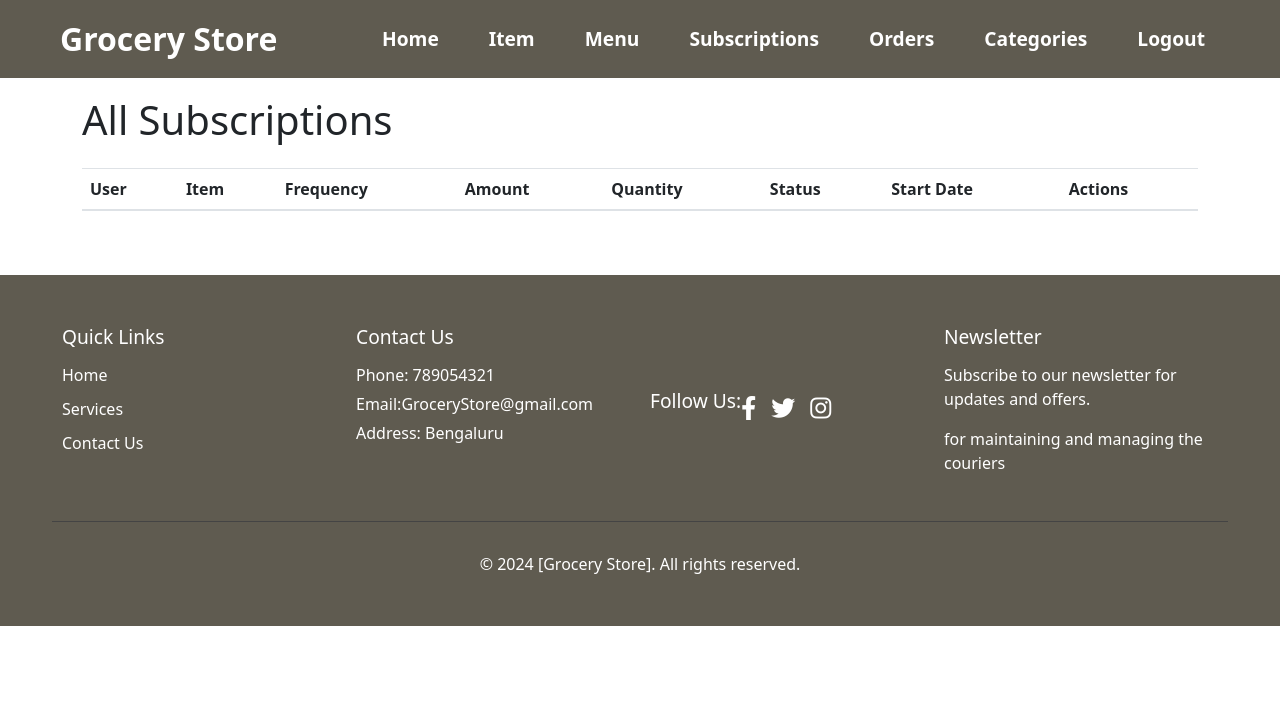
Repository: NagaMounikaY/GroceriesSubscriptionBookingManagement
Page: http://localhost/GroceriesSubBookingSystem/WEB-INF/views/sub-list.jsp
These files come from the project's save history. The page is drawn as it stood at one moment and after the next save; the edit follows.
The browser window is 1280 px wide. The pictures show the whole page.
The page is served by Tomcat 9. Nobody is signed in. Other server files are loaded and not shown. The template is opened directly, without the code that normally fills it, so the values that code supplies are empty.

Above is the page before, as saved 2024-09-17 06:05:04.

### GroceriesSubBookingSystem/src/main/webapp/WEB-INF/views/sub-list.jsp
<%@ page language="java" contentType="text/html; charset=ISO-8859-1" pageEncoding="ISO-8859-1" isELIgnored="false" import="com.crimsonlogic.groceriessubbookingsystem.entity.Users" %>
<%@ taglib uri="http://java.sun.com/jsp/jstl/core" prefix="c" %>
<!DOCTYPE html>
<html>
<head>
    <meta charset="UTF-8">
    <title>All Subscriptions</title>
    <link href="https://maxcdn.bootstrapcdn.com/bootstrap/4.0.0/css/bootstrap.min.css" rel="stylesheet">
    <script src="https://code.jquery.com/jquery-3.6.0.min.js"></script>
    <link rel="stylesheet" href="https://cdnjs.cloudflare.com/ajax/libs/font-awesome/5.15.4/css/all.min.css">
    <style>
        .table-header {
            background-color: rgba(199, 204, 218, 0.8);
        }
        .btn-icon {
            background: transparent;
            border: none;
            color: rgba(56, 51, 37, 0.8);
        }
        .btn-icon:hover {
            color: rgba(0, 0, 0, 0.8);
        }
        .btn-icon i {
            font-size: 1.25rem;
        }
    </style>
</head>
<body>

    <!-- Header Section -->
    <jsp:include page="/sellerHeader.jsp"></jsp:include>
    <br><br><br>
    <div class="container">
        <h1 class="my-4">All Subscriptions</h1>
        <table class="table table-striped table-hover">
            <thead class="table-header">
                <tr>
                    <th>User</th>
                    <th>Item</th>
                    <th>Frequency</th>
                    <th>Amount</th>
                    <th>Quantity</th>
                    <th>Status</th>
                    <th>Start Date</th>
                    <th>Actions</th>
                </tr>
            </thead>
            <tbody>
                <c:forEach var="subscription" items="${subscriptions}">
                    <tr data-id="${subscription.subscription_id}">
                        <td><c:out value="${subscription.user.user_Name}" /></td>
                        <td><c:out value="${subscription.groceries.groceryName}" /></td>
                        <td><c:out value="${subscription.frequency}" /></td>
                        <td><c:out value="${subscription.amount}" /></td>
                        <td><c:out value="${subscription.quantity}" /></td>
                        <td class="status"><c:out value="${subscription.subStatus}" /></td>
                        <td><c:out value="${subscription.startedAt}" /></td>
                        <td>
                            <button class="btn btn-icon btn-sm update-status-btn" data-id="${subscription.subscription_id}">
                                <i class="fas fa-edit"></i>
                            </button>
                        </td>
                    </tr>
                </c:forEach>
            </tbody>
        </table>
    </div>

    <!-- Modal for updating status -->
    <div class="modal fade" id="updateStatusModal" tabindex="-1" role="dialog" aria-labelledby="updateStatusModalLabel" aria-hidden="true">
        <div class="modal-dialog" role="document">
            <div class="modal-content">
                <div class="modal-header">
                    <h5 class="modal-title" id="updateStatusModalLabel">Update Subscription Status</h5>
                    <button type="button" class="close" data-dismiss="modal" aria-label="Close">
                        <span aria-hidden="true">&times;</span>
                    </button>
                </div>
                <div class="modal-body">
                    <form id="updateStatusForm">
                        <input type="hidden" id="eventId" name="eventId">
                        <div class="form-group">
                            <label for="status">New Status:</label>
                            <select class="form-control" id="status" name="status" required>
                                <option value="">-- Select Status --</option>
                                <option value="Processed">Processed</option>
                                <option value="Pending">Pending</option>
                                <option value="Shipped">Shipped</option>
                                <option value="Delivered">Delivered</option>
                            </select>
                        </div>
                        <button type="submit" class="btn btn-primary">Update Status</button>
                    </form>
                    <div id="message" class="mt-3"></div>
                </div>
            </div>
        </div>
    </div>

    <br><br>
    <!-- Footer Section -->
    <jsp:include page="/footer.jsp"></jsp:include>
    <script>
        $(document).ready(function() {
            // Attach click event to all update status buttons
            $('.update-status-btn').click(function() {
                var subscriptionId = $(this).data('id');
                $('#eventId').val(subscriptionId);
                $('#updateStatusModal').modal('show');
            });

            // Handle form submission
            $('#updateStatusForm').submit(function(e) {
                e.preventDefault();
                var formData = $(this).serialize();

                $.ajax({
                    url: '${pageContext.request.contextPath}/update-status', // Ensure this URL matches your endpoint
                    method: 'POST',
                    data: formData,
                    dataType: 'json', // Expect JSON response
                    success: function(response) {
                        if (response.success) {
                            $('#message').html('<div class="alert alert-success">Status updated successfully!</div>');
                            // Update the status in the table
                            var statusText = $('#status').val();
                            $('tr[data-id="' + $('#eventId').val() + '"] .status').text(statusText);
                            // Hide the modal
                            $('#updateStatusModal').modal('hide');
                        } else {
                            $('#message').html('<div class="alert alert-danger">Failed to update status: ' + response.message + '</div>');
                        }
                    },
                    error: function(xhr, status, error) {
                        console.error('AJAX Error:', status, error);
                        console.error('Response Text:', xhr.responseText);
                        $('#message').html('<div class="alert alert-danger">An error occurred while updating the status.</div>');
                    }
                });
            });
        });
    </script>
    <script src="https://maxcdn.bootstrapcdn.com/bootstrap/4.0.0/js/bootstrap.min.js"></script>
</body>
</html>

### GroceriesSubBookingSystem/src/main/webapp/sellerHeader.jsp
<%@ page language="java" contentType="text/html; charset=ISO-8859-1"
	pageEncoding="ISO-8859-1" isELIgnored="false"%>
<!DOCTYPE html PUBLIC "-//W3C//DTD HTML 4.01 Transitional//EN" "http://www.w3.org/TR/html4/loose.dtd">
<html>
<head>
<meta http-equiv="Content-Type" content="text/html; charset=ISO-8859-1">
<title>Courier Booking System</title>
<link
	href="https://stackpath.bootstrapcdn.com/bootstrap/5.3.0/css/bootstrap.min.css"
	rel="stylesheet">
<link rel="stylesheet"
	href="https://cdnjs.cloudflare.com/ajax/libs/font-awesome/4.7.0/css/font-awesome.min.css">
<style>
/* Header */
header {
	background:rgba(56, 51, 37, 0.8);
	color: #fff;
	padding: 15px 0;
	position: fixed;
	width: 100%;
	top: 0;
	left: 0;
	z-index: 1000;
}

header .container {
	display: flex;
	justify-content: space-between;
	align-items: center;
	max-width: 1200px;
	margin: 0 auto;
	padding: 0 20px;
}

header .logo {
	font-size: 2em; /* Increased size for the logo */
	font-weight: bold;
}

header nav ul {
	list-style: none;
	display: flex;
	margin: 0;
}

header nav ul li {
	margin-left: 20px;
}

header nav ul li a {
	color: #fff;
	text-decoration: none;
	padding: 10px 15px; /* Increased padding for better click area */
	font-size: 1.2em; /* Increased font size for navigation links */
	border-radius: 5px;
}

header nav ul li a:hover {
	background: #dd4545;
}
</style>
</head>
<body>
	<!-- Header -->
	<header>
	<div class="container">
		<div class="logo">
			Grocery Store
		</div>
		<nav>
		<ul>
			<li><a href="${pageContext.request.contextPath}/home.jsp"><strong>Home</strong></a></li>
			<li><a href="${pageContext.request.contextPath}/groceries/add"><strong>Item</strong></a></li>
			<li><a href="${pageContext.request.contextPath}/groceries/list"><strong>Menu</strong></a></li>
			<li><a
				href="${pageContext.request.contextPath}/subscription/allsubscriptions"><strong>Subscriptions</strong></a></li>
			<li><a href="${pageContext.request.contextPath}/orders/viewOrders"><strong>Orders</strong></a></li>
			<li><a
				href="${pageContext.request.contextPath}/categories/add"><strong>Categories</strong></a></li>

			<li><a href="${pageContext.request.contextPath}/home.jsp"><strong>Logout</strong></a></li>
		</ul>
		</nav>
	</div>
	</header>

	<script src="https://code.jquery.com/jquery-3.5.1.slim.min.js"></script>
	<script
		src="https://cdn.jsdelivr.net/npm/@popperjs/core@2.11.6/dist/umd/popper.min.js"></script>
	<script
		src="https://stackpath.bootstrapcdn.com/bootstrap/5.3.0/js/bootstrap.bundle.min.js"></script>

</body>
</html>

### GroceriesSubBookingSystem/src/main/webapp/footer.jsp
<%@ page language="java" contentType="text/html; charset=ISO-8859-1"
    pageEncoding="ISO-8859-1" isELIgnored="false"%>
<!DOCTYPE html>
<html>
<head>
<meta http-equiv="Content-Type" content="text/html; charset=ISO-8859-1">
<title>Insert title here</title>
<link href="https://stackpath.bootstrapcdn.com/bootstrap/5.3.0/css/bootstrap.min.css" rel="stylesheet">
<link rel="stylesheet" href="https://cdnjs.cloudflare.com/ajax/libs/font-awesome/6.0.0-beta3/css/all.min.css">
<style>
/* Features Section */
.features {
    padding: 60px 20px;
    background: #f9f9f9;
}

.features h2 {
    text-align: center;
    margin-bottom: 40px;
}

.feature-cards {
    display: flex;
    justify-content: space-around;
    flex-wrap: wrap;
}

.feature-card {
    background: #fff;
    border-radius: 8px;
    box-shadow: 0 4px 8px rgba(0,0,0,0.1);
    padding: 20px;
    width: 22%;
    text-align: center;
    margin-bottom: 20px;
}

.feature-card img {
    max-width: 50px;
    margin-bottom: 10px;
}

.feature-card h3 {
    margin: 10px 0;
    font-size: 1.2em;
}

.feature-card p {
    color: #666;
}

/* Footer */
footer {
    background: rgba(56, 51, 37, 0.8);
    color: #fff;
    padding: 40px 20px;
}

footer .container {
    max-width: 1200px;
    margin: 0 auto;
}

.footer-top {
    display: flex;
    justify-content: space-between;
    flex-wrap: wrap;
    margin-bottom: 20px;
}

.footer-top div {
    flex: 1;
    margin: 10px;
}

.footer-top h3 {
    margin-bottom: 15px;
    font-size: 1.2em;
}

.footer-top ul {
    list-style: none;
    padding: 0;
}

.footer-top ul li {
    margin-bottom: 10px;
}

.footer-top ul li a {
    color: #fff;
    text-decoration: none;
}

.footer-top ul li a:hover {
    text-decoration: underline;
}

.footer-contact p,
.footer-social a {
    margin: 5px 0;
}

.footer-social {
    display: flex;
    align-items: center;
}

.footer-social a {
    color: #fff;
    text-decoration: none;
    margin-right: 15px;
    font-size: 1.5em;
}

.footer-social a:hover {
    text-decoration: underline;
}

.footer-newsletter form {
    display: flex;
    justify-content: center;
    margin-top: 10px;
}

.footer-newsletter input {
    padding: 10px;
    border-radius: 5px;
    border: none;
    width: 250px;
    margin-right: 10px;
}

.footer-newsletter button {
    padding: 10px 20px;
    border-radius: 5px;
    border: none;
    background: #007BFF;
    color: #fff;
    font-weight: bold;
    cursor: pointer;
}

.footer-bottom {
    text-align: center;
    padding-top: 20px;
    border-top: 1px solid #444;
}

.footer-bottom p {
    margin: 10px 0;
}
</style>
</head>
<body>
    <!-- Footer -->
    <footer>
        <div class="container">
            <div class="footer-top">
                <div class="footer-links">
                    <h3>Quick Links</h3>
                    <ul>
                        <li><a href="${pageContext.request.contextPath}/home.jsp">Home</a></li>
                        <li><a href="${pageContext.request.contextPath}/services.jsp">Services</a></li>
                        <li><a href="${pageContext.request.contextPath}/contact.jsp">Contact Us</a></li>
                    </ul>
                </div>
                <div class="footer-contact">
                    <h3>Contact Us</h3>
                    <p>Phone: 789054321</p>
                    <p>Email:GroceryStore@gmail.com</p>
                    <p>Address: Bengaluru</p>
                </div>
                <div class="footer-social">
                    <h3>Follow Us:</h3>
                    <br><br>
                    <a href="" class="fab fa-facebook-f"></a>
                    <a href="#" class="fab fa-twitter"></a>
                    <a href="#" class="fab fa-instagram"></a>
                </div>
                <div class="footer-newsletter">
                    <h3>Newsletter</h3>
                    <p>Subscribe to our newsletter for updates and offers.</p>
                    <p>for maintaining and managing the couriers</p>
                </div>
            </div>
            <div class="footer-bottom">
                <p>&copy; 2024 [Grocery Store]. All rights reserved.</p>
            </div>
        </div>
    </footer>
    <!-- Footer -->
</body>
</html>

After the next save:
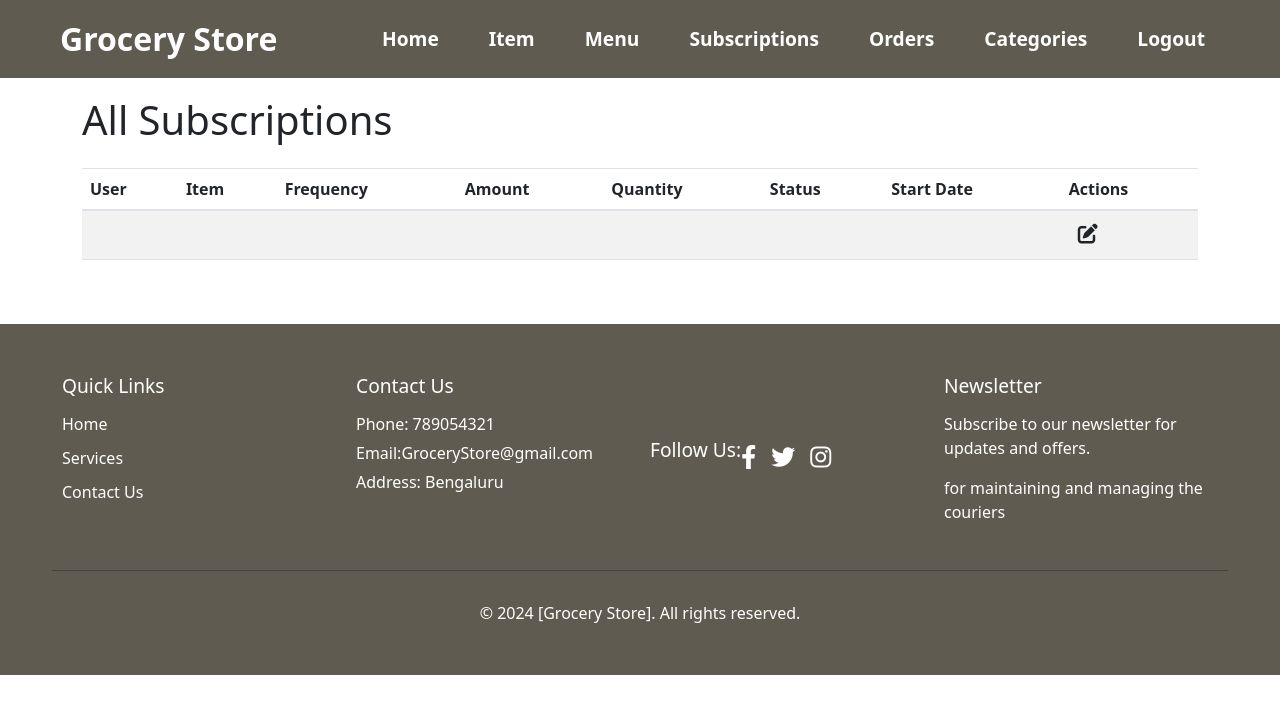
Saved 2 min 56 s later.
--- a/GroceriesSubBookingSystem/src/main/webapp/WEB-INF/views/sub-list.jsp
+++ b/GroceriesSubBookingSystem/src/main/webapp/WEB-INF/views/sub-list.jsp
@@ -1,12 +1,10 @@
-<%@ page language="java" contentType="text/html; charset=ISO-8859-1" pageEncoding="ISO-8859-1" isELIgnored="false" import="com.crimsonlogic.groceriessubbookingsystem.entity.Users" %>
-<%@ taglib uri="http://java.sun.com/jsp/jstl/core" prefix="c" %>
 <!DOCTYPE html>
 <html>
 <head>
     <meta charset="UTF-8">
     <title>All Subscriptions</title>
     <link href="https://maxcdn.bootstrapcdn.com/bootstrap/4.0.0/css/bootstrap.min.css" rel="stylesheet">
-    <script src="https://code.jquery.com/jquery-3.6.0.min.js"></script>
+    <script src="https://code.jquery.com/jquery-3.6.0.min.js"></script> <!-- Ensure this is the full version -->
     <link rel="stylesheet" href="https://cdnjs.cloudflare.com/ajax/libs/font-awesome/5.15.4/css/all.min.css">
     <style>
         .table-header {
@@ -100,11 +98,13 @@
     <br><br>
     <!-- Footer Section -->
     <jsp:include page="/footer.jsp"></jsp:include>
+    <script src="https://maxcdn.bootstrapcdn.com/bootstrap/4.0.0/js/bootstrap.min.js"></script>
     <script>
         $(document).ready(function() {
             // Attach click event to all update status buttons
             $('.update-status-btn').click(function() {
                 var subscriptionId = $(this).data('id');
+                console.log("Button clicked, subscriptionId: " + subscriptionId); // Debugging
                 $('#eventId').val(subscriptionId);
                 $('#updateStatusModal').modal('show');
             });
@@ -112,6 +112,7 @@
             // Handle form submission
             $('#updateStatusForm').submit(function(e) {
                 e.preventDefault();
+                console.log("Form submitted"); // Debugging
                 var formData = $(this).serialize();
 
                 $.ajax({
@@ -120,6 +121,7 @@
                     data: formData,
                     dataType: 'json', // Expect JSON response
                     success: function(response) {
+                        console.log("AJAX success, response: ", response); // Debugging
                         if (response.success) {
                             $('#message').html('<div class="alert alert-success">Status updated successfully!</div>');
                             // Update the status in the table
@@ -140,6 +142,5 @@
             });
         });
     </script>
-    <script src="https://maxcdn.bootstrapcdn.com/bootstrap/4.0.0/js/bootstrap.min.js"></script>
 </body>
 </html>

After the save that followed:
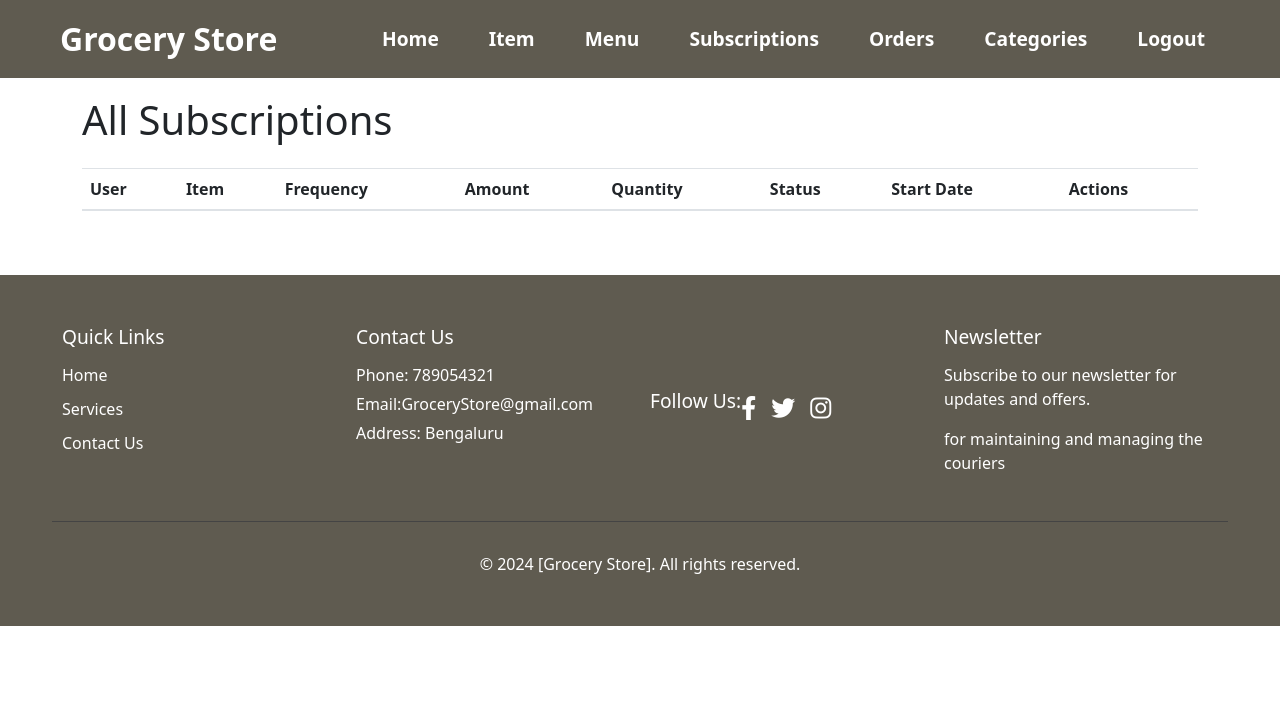
Saved 4 min 44 s later.
--- a/GroceriesSubBookingSystem/src/main/webapp/WEB-INF/views/sub-list.jsp
+++ b/GroceriesSubBookingSystem/src/main/webapp/WEB-INF/views/sub-list.jsp
@@ -1,10 +1,12 @@
+<%@ page language="java" contentType="text/html; charset=ISO-8859-1" pageEncoding="ISO-8859-1" isELIgnored="false" import="com.crimsonlogic.groceriessubbookingsystem.entity.Users" %>
+<%@ taglib uri="http://java.sun.com/jsp/jstl/core" prefix="c" %>
 <!DOCTYPE html>
 <html>
 <head>
     <meta charset="UTF-8">
     <title>All Subscriptions</title>
     <link href="https://maxcdn.bootstrapcdn.com/bootstrap/4.0.0/css/bootstrap.min.css" rel="stylesheet">
-    <script src="https://code.jquery.com/jquery-3.6.0.min.js"></script> <!-- Ensure this is the full version -->
+    <script src="https://code.jquery.com/jquery-3.6.0.min.js"></script>
     <link rel="stylesheet" href="https://cdnjs.cloudflare.com/ajax/libs/font-awesome/5.15.4/css/all.min.css">
     <style>
         .table-header {
@@ -98,13 +100,11 @@
     <br><br>
     <!-- Footer Section -->
     <jsp:include page="/footer.jsp"></jsp:include>
-    <script src="https://maxcdn.bootstrapcdn.com/bootstrap/4.0.0/js/bootstrap.min.js"></script>
     <script>
         $(document).ready(function() {
             // Attach click event to all update status buttons
             $('.update-status-btn').click(function() {
                 var subscriptionId = $(this).data('id');
-                console.log("Button clicked, subscriptionId: " + subscriptionId); // Debugging
                 $('#eventId').val(subscriptionId);
                 $('#updateStatusModal').modal('show');
             });
@@ -112,7 +112,6 @@
             // Handle form submission
             $('#updateStatusForm').submit(function(e) {
                 e.preventDefault();
-                console.log("Form submitted"); // Debugging
                 var formData = $(this).serialize();
 
                 $.ajax({
@@ -121,7 +120,6 @@
                     data: formData,
                     dataType: 'json', // Expect JSON response
                     success: function(response) {
-                        console.log("AJAX success, response: ", response); // Debugging
                         if (response.success) {
                             $('#message').html('<div class="alert alert-success">Status updated successfully!</div>');
                             // Update the status in the table
@@ -142,5 +140,6 @@
             });
         });
     </script>
+    <script src="https://maxcdn.bootstrapcdn.com/bootstrap/4.0.0/js/bootstrap.min.js"></script>
 </body>
 </html>
